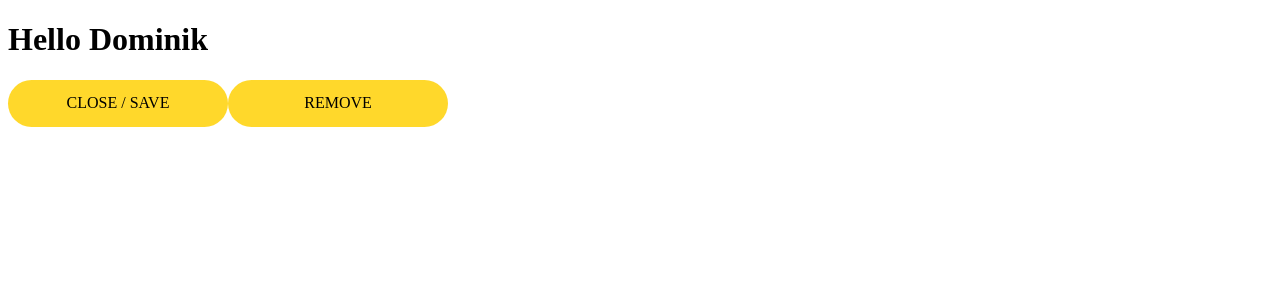
Repository: K009/entertainment-you-need
Page: /
The author's editor kept a copy of each file at every save. The page is drawn from the files as they stood at one save, then again after the next save.
The browser window is 1280 px wide. The pictures show the whole page.
The project was rebuilt for these pictures with package versions that can differ from the ones it lists, and the page was loaded fresh each time.

Above is the page before, as saved 2020-06-25 21:05:14.

After the next save:
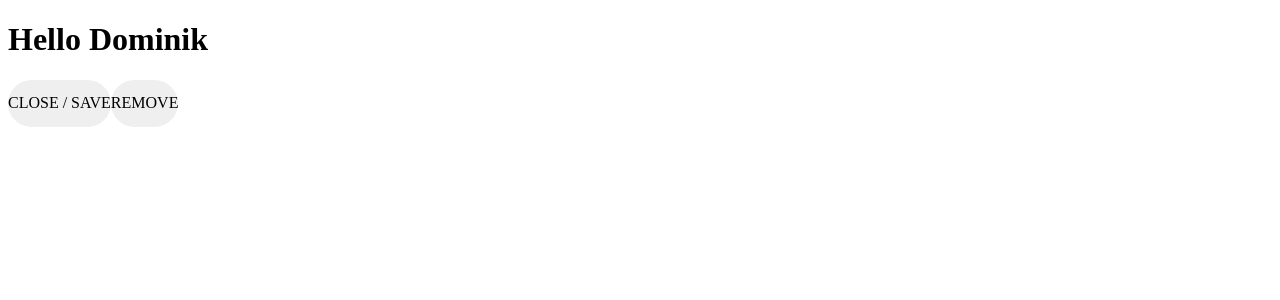
Saved 96 s later.
--- a/src/components/Button/Button.js
+++ b/src/components/Button/Button.js
@@ -4,7 +4,7 @@ import styled from 'styled-components';
 const Button = styled.button`
   @import url('https://fonts.googleapis.com/css2?family=Montserrat&display=swap');
   padding: 0;
-  background-color: #ffd82b;
+  background-color: ${(props) => (props.secondary ? '#e6e6e6' : '#ffd82b')}
   width: 220px;
   height: 47px;
   border: none;
